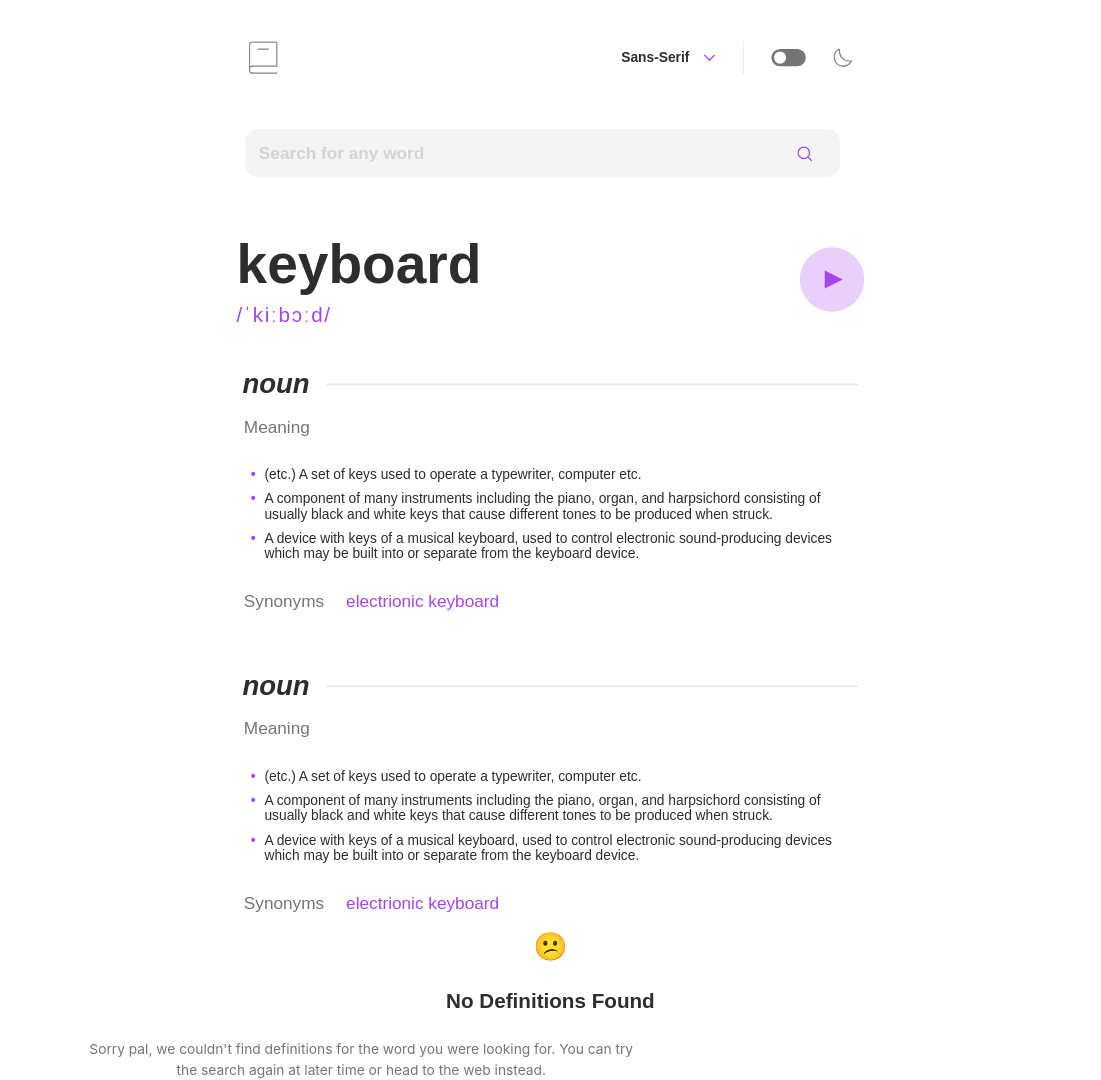
Repository: Arkitecth/dictionary-app
Page: index.html
These files come from the project's save history. The page is drawn as it stood at one moment and after the next save; the edit follows.
The browser window is 1280 px wide. The pictures show the whole page, at 86% of full size.

Above is the page before, as saved 2023-07-21 18:54:16.

After the next save:
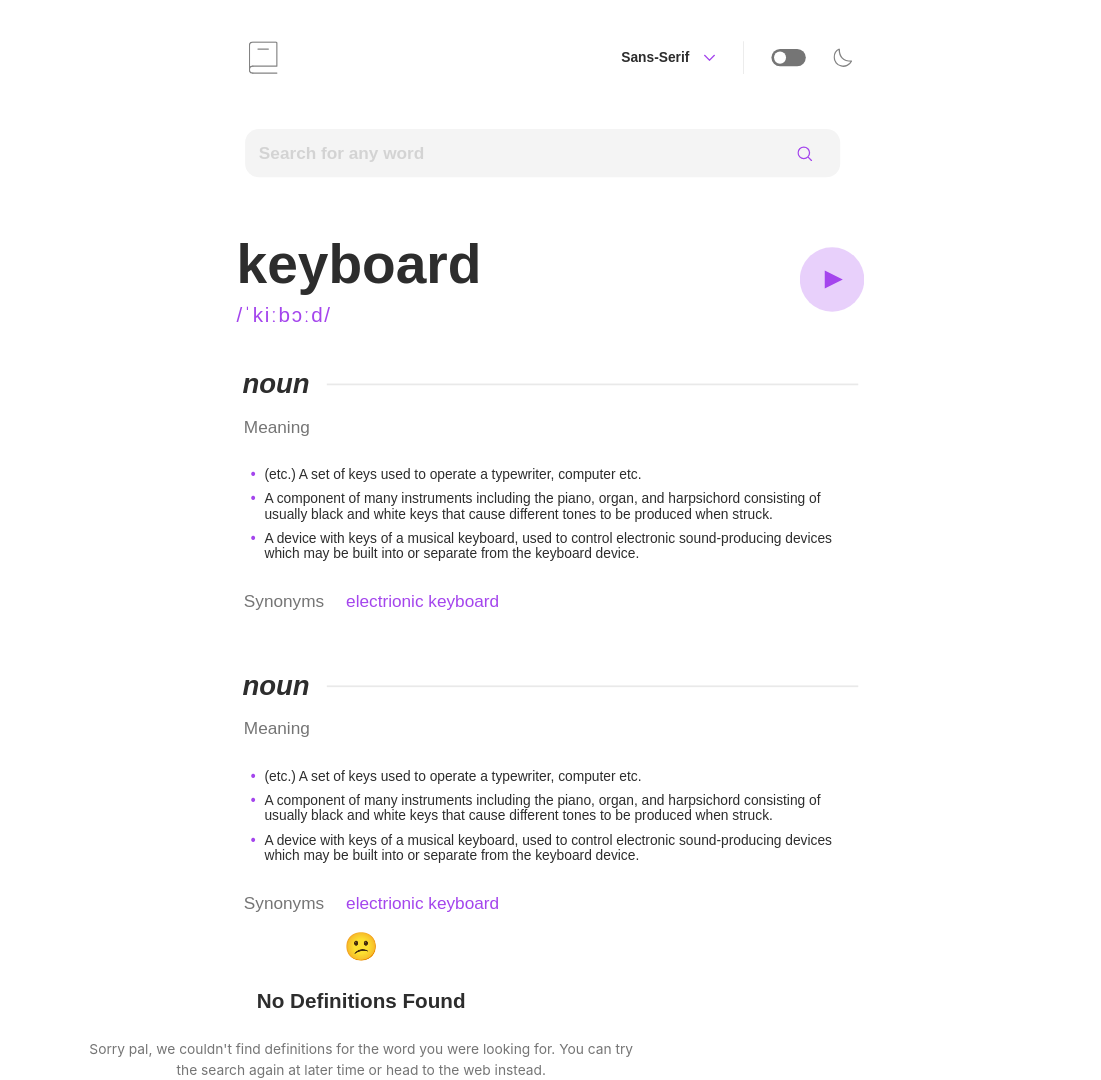
Saved 8 s later.
--- a/styles.css
+++ b/styles.css
@@ -304,6 +304,7 @@
     flex-direction: column;
     gap: 30px;
     text-align: center;
+    width: 60%;
 
 }
 
@@ -311,7 +312,7 @@
     color: var(--dark-grey);
     font-family: 'Inter';
     line-height: 24px;
-    width: 60%;
+
 }
 
 
